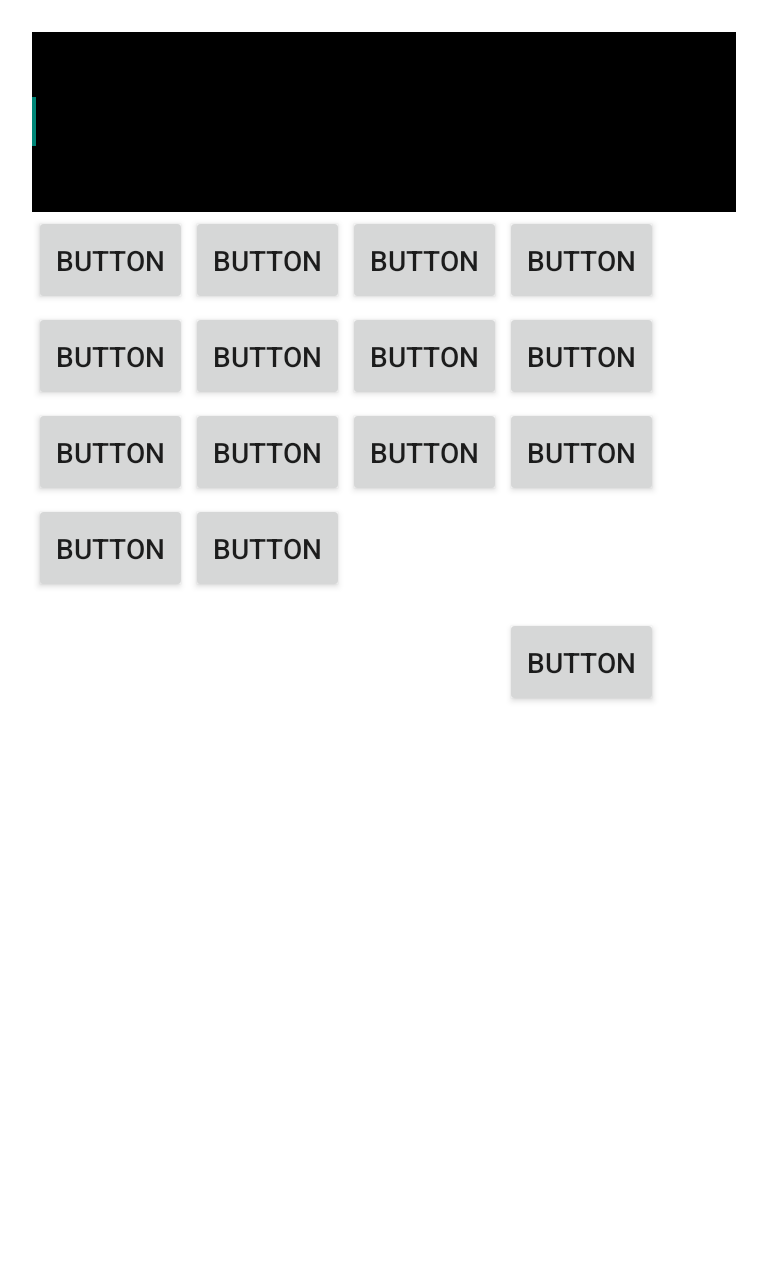
Repository: roopasree/new-pgm
Layout: Newapp/res/layout/ctivity3_main.xml
The author's editor kept a copy of each file at every save. The layout is drawn from the files as they stood at one save, then again after the next save.
It is drawn on a 768 x 1280 px phone screen (xhdpi) without system bars, with theme AppTheme; the app's code is not run.

Above is the layout before, as saved 2015-02-16 05:32:35.

After the next save:
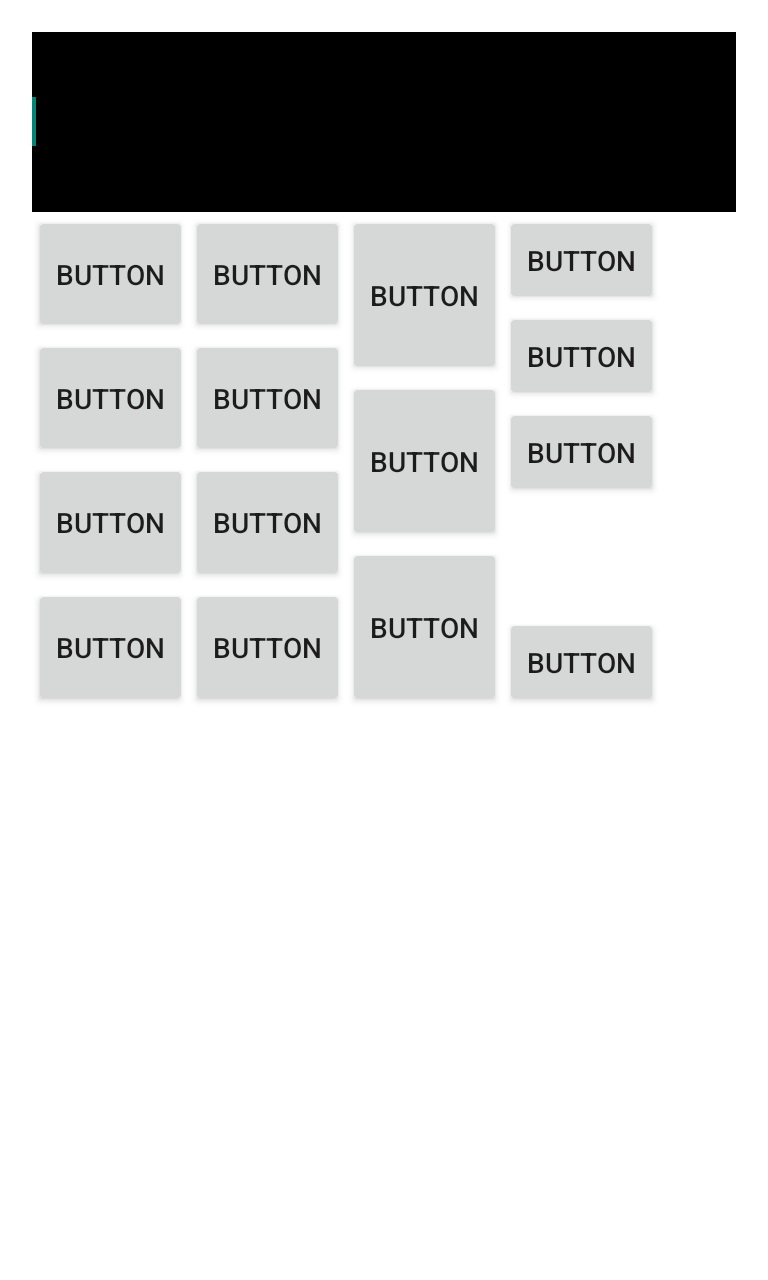
Saved 73 s later.
--- a/Newapp/res/layout/ctivity3_main.xml
+++ b/Newapp/res/layout/ctivity3_main.xml
@@ -30,13 +30,15 @@
             android:layout_width="wrap_content"
             android:layout_height="match_parent"
             android:layout_weight="1.0"
-            android:orientation="vertical" >
+            android:orientation="vertical"
+            android:weightSum="4.0" >
 
             <Button
                 android:id="@+id/button1"
                 style="?android:attr/buttonStyleSmall"
                 android:layout_width="wrap_content"
                 android:layout_height="wrap_content"
+                android:layout_weight="1.0"
                 android:text="Button" />
 
             <Button
@@ -44,6 +46,7 @@
                 style="?android:attr/buttonStyleSmall"
                 android:layout_width="wrap_content"
                 android:layout_height="wrap_content"
+                android:layout_weight="1.0"
                 android:text="Button" />
 
             <Button
@@ -51,6 +54,7 @@
                 style="?android:attr/buttonStyleSmall"
                 android:layout_width="wrap_content"
                 android:layout_height="wrap_content"
+                android:layout_weight="1.0"
                 android:text="Button" />
 
             <Button
@@ -58,6 +62,7 @@
                 style="?android:attr/buttonStyleSmall"
                 android:layout_width="wrap_content"
                 android:layout_height="wrap_content"
+                android:layout_weight="1.0"
                 android:text="Button" />
         </LinearLayout>
 
@@ -72,6 +77,7 @@
                 style="?android:attr/buttonStyleSmall"
                 android:layout_width="wrap_content"
                 android:layout_height="wrap_content"
+                android:layout_weight="1.0"
                 android:text="Button" />
 
             <Button
@@ -79,6 +85,7 @@
                 style="?android:attr/buttonStyleSmall"
                 android:layout_width="wrap_content"
                 android:layout_height="wrap_content"
+                android:layout_weight="1.0"
                 android:text="Button" />
 
             <Button
@@ -86,6 +93,7 @@
                 style="?android:attr/buttonStyleSmall"
                 android:layout_width="wrap_content"
                 android:layout_height="wrap_content"
+                android:layout_weight="1.0"
                 android:text="Button" />
 
             <Button
@@ -93,6 +101,7 @@
                 style="?android:attr/buttonStyleSmall"
                 android:layout_width="wrap_content"
                 android:layout_height="wrap_content"
+                android:layout_weight="1.0"
                 android:text="Button" />
         </LinearLayout>
 
@@ -107,6 +116,7 @@
                 style="?android:attr/buttonStyleSmall"
                 android:layout_width="wrap_content"
                 android:layout_height="wrap_content"
+                android:layout_weight="1.0"
                 android:text="Button" />
 
             <Button
@@ -114,6 +124,7 @@
                 style="?android:attr/buttonStyleSmall"
                 android:layout_width="wrap_content"
                 android:layout_height="wrap_content"
+                android:layout_weight="1.0"
                 android:text="Button" />
 
             <Button
@@ -121,6 +132,7 @@
                 style="?android:attr/buttonStyleSmall"
                 android:layout_width="wrap_content"
                 android:layout_height="wrap_content"
+                android:layout_weight="1.0"
                 android:text="Button" />
         </LinearLayout>
 
@@ -135,6 +147,7 @@
                 style="?android:attr/buttonStyleSmall"
                 android:layout_width="wrap_content"
                 android:layout_height="wrap_content"
+                android:layout_weight="1.0"
                 android:text="Button" />
 
             <Button
@@ -142,6 +155,7 @@
                 style="?android:attr/buttonStyleSmall"
                 android:layout_width="wrap_content"
                 android:layout_height="wrap_content"
+                android:layout_weight="1.0"
                 android:text="Button" />
 
             <Button
@@ -149,6 +163,7 @@
                 style="?android:attr/buttonStyleSmall"
                 android:layout_width="wrap_content"
                 android:layout_height="wrap_content"
+                android:layout_weight="1.0"
                 android:text="Button" />
 
             <Button
@@ -157,6 +172,7 @@
                 android:layout_width="wrap_content"
                 android:layout_height="wrap_content"
                 android:layout_marginTop="57dp"
+                android:layout_weight="1.0"
                 android:text="Button" />
         </LinearLayout>
     </LinearLayout>
